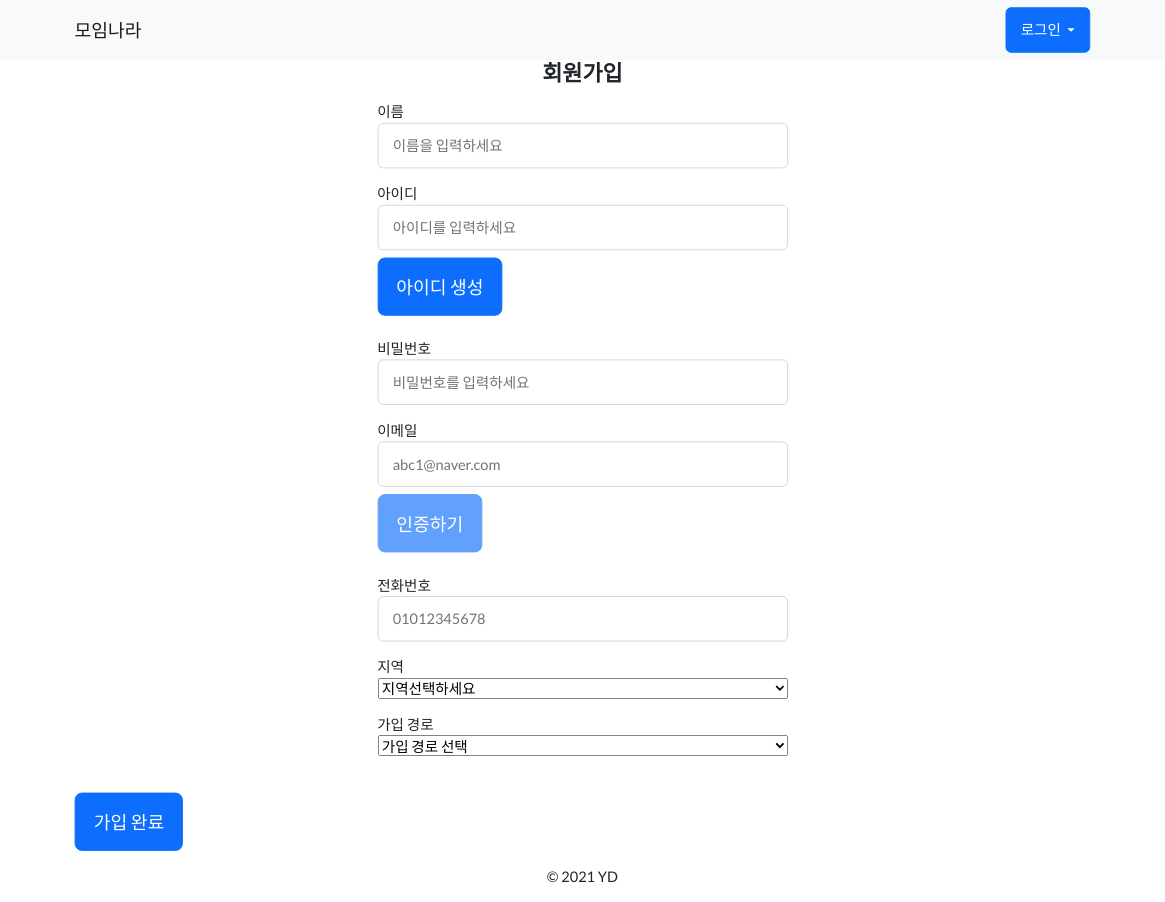
Repository: cmg9707/Devfox-spring-project
Page: http://localhost/DevJUS/WEB-INF/views/JUS/join.jsp
These files come from the project's save history. The page is drawn as it stood at one moment and after the next save; the edit follows.
The browser window is 1280 px wide. The pictures show the whole page, at 91% of full size.
The page is served by Tomcat 9. Nobody is signed in. The template is opened directly, without the code that normally fills it, so the values that code supplies are empty.

Above is the page before, as saved 2023-04-07 01:56:17.

After the next save:
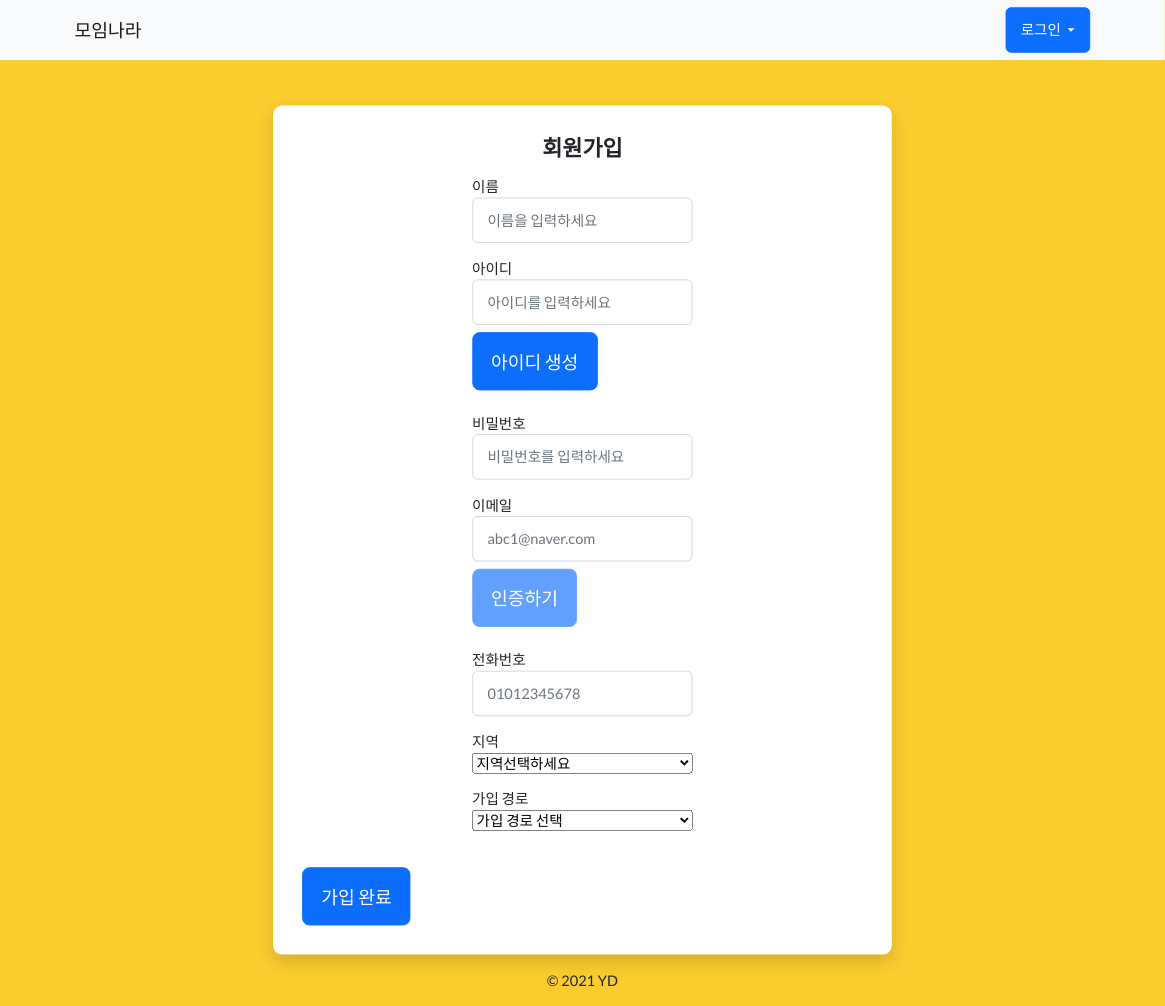
Saved 39 s later.
--- a/DevJUS/src/main/webapp/WEB-INF/views/JUS/join.jsp
+++ b/DevJUS/src/main/webapp/WEB-INF/views/JUS/join.jsp
@@ -11,6 +11,32 @@
         <link href="https://fonts.googleapis.com/css?family=Lato:300,400,700,300italic,400italic,700italic" rel="stylesheet" type="text/css" />
         <!-- Core theme CSS (includes Bootstrap)-->
         <link rel="stylesheet" href="/resources/css/styles.css">
+        <style type="text/css">
+body {
+	min-height: 100vh;
+	background: #FACC2E;
+
+}
+
+.input-form {
+	max-width: 680px;
+	margin-top: 50px;
+	padding: 32px;
+	background: #fff;
+	-webkit-border-radius: 10px;
+	-moz-border-radius: 10px;
+	border-radius: 10px;
+	-webkit-box-shadow: 0 8px 20px 0 rgba(0, 0, 0, 0.15);
+	-moz-box-shadow: 0 8px 20px 0 rgba(0, 0, 0, 0.15);
+	box-shadow: 0 8px 20px 0 rgba(0, 0, 0, 0.15)
+}
+
+input[type="number"]::-webkit-outer-spin-button, input[type="number"]::-webkit-inner-spin-button
+	{
+	-webkit-appearance: none;
+	margin: 0;
+}
+</style>
 <title>Insert title here</title>
 </head>
 <body>

After the save that followed:
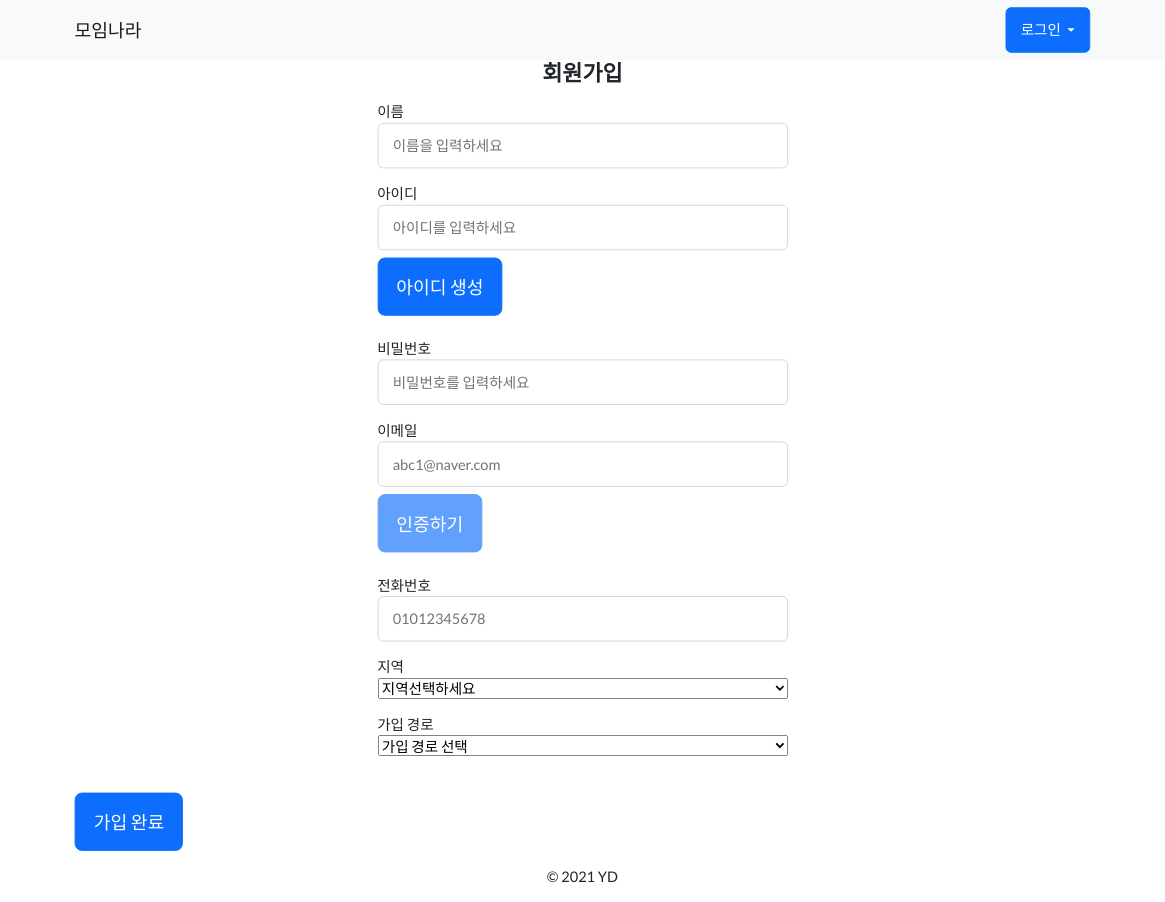
Saved 11 s later.
--- a/DevJUS/src/main/webapp/WEB-INF/views/JUS/join.jsp
+++ b/DevJUS/src/main/webapp/WEB-INF/views/JUS/join.jsp
@@ -11,32 +11,7 @@
         <link href="https://fonts.googleapis.com/css?family=Lato:300,400,700,300italic,400italic,700italic" rel="stylesheet" type="text/css" />
         <!-- Core theme CSS (includes Bootstrap)-->
         <link rel="stylesheet" href="/resources/css/styles.css">
-        <style type="text/css">
-body {
-	min-height: 100vh;
-	background: #FACC2E;
 
-}
-
-.input-form {
-	max-width: 680px;
-	margin-top: 50px;
-	padding: 32px;
-	background: #fff;
-	-webkit-border-radius: 10px;
-	-moz-border-radius: 10px;
-	border-radius: 10px;
-	-webkit-box-shadow: 0 8px 20px 0 rgba(0, 0, 0, 0.15);
-	-moz-box-shadow: 0 8px 20px 0 rgba(0, 0, 0, 0.15);
-	box-shadow: 0 8px 20px 0 rgba(0, 0, 0, 0.15)
-}
-
-input[type="number"]::-webkit-outer-spin-button, input[type="number"]::-webkit-inner-spin-button
-	{
-	-webkit-appearance: none;
-	margin: 0;
-}
-</style>
 <title>Insert title here</title>
 </head>
 <body>
